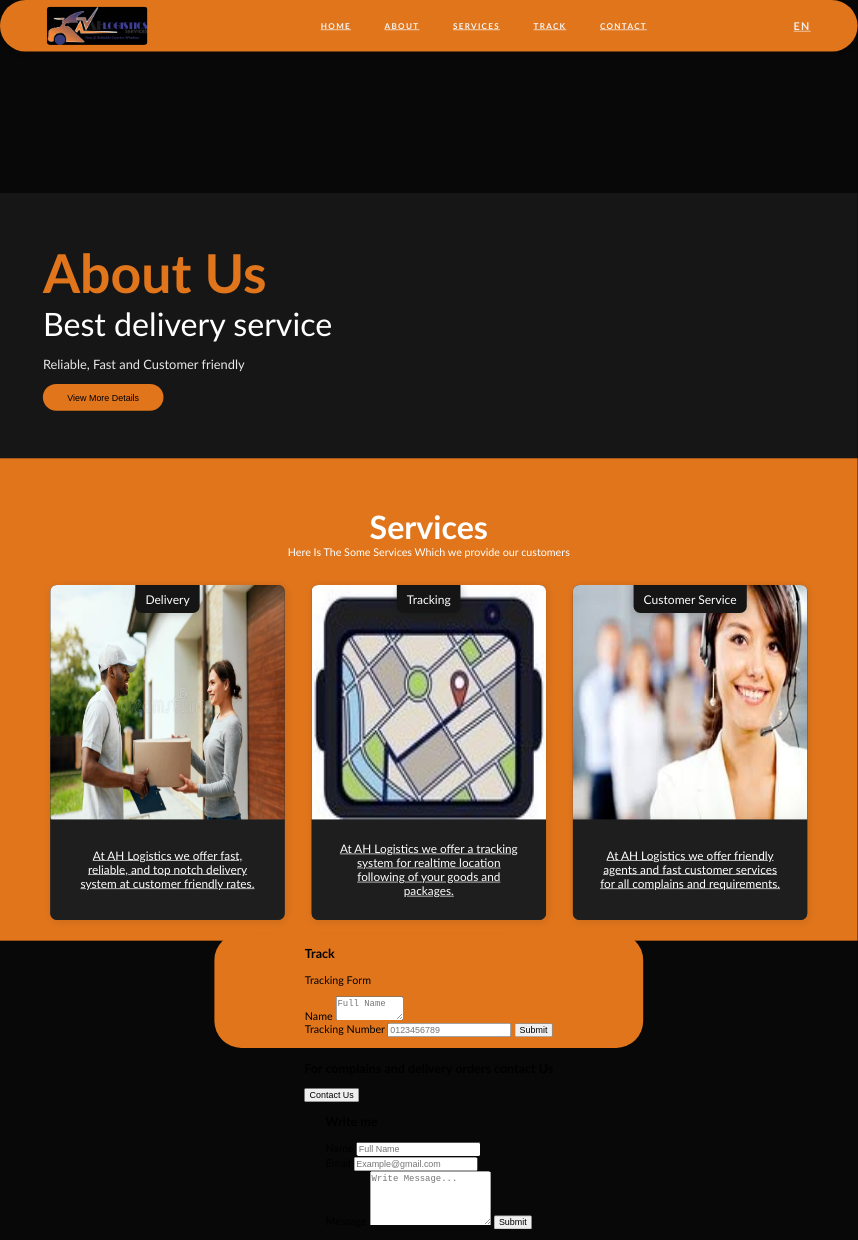
Repository: TheSecretlifeOfX/Ah-Logistics
Page: index.html
The author's editor kept a copy of each file at every save. The page is drawn from the files as they stood at one save, then again after the next save.
The browser window is 1280 px wide. The pictures show the whole page, at 67% of full size.

Above is the page before, as saved 2022-03-02 14:53:13.

### index.html
<html>
<head>
<meta charset="utf-8">
<meta http-equiv="X-UA-Compatible" content="IE-edge">
<meta name="viewport" content="width=device-width, intial-scale=1.0">
<title>Logistics Website</title>
<link rel="stylesheet" href="./css/home.css">
</head>
<body>
<section id="main">
	<nav>
	<a href="#" class="logo"><img src="images/logo.jpg"></a>
	<div class="toggle"></div>
	<ul class="menu">
	<li class="active"><a href="#main" >Home</a></li>
	<li><a href="#about">About</a></li>
	<li><a href="#services">Services</a></li>
	<li><a href="#Tracking-Form">Track</a></li>
    <li><a href="#contact-form">Contact</a></li>
	</ul>
	<a href="#" class="lang">En</a>
	</nav>
    </section>
</div>
<section id="about">
	<div class="about-text">
	<h1>About Us</h1>
	<h2>Best delivery service</h2>
	<p>Reliable, Fast and Customer friendly</p>
	<button>View More Details</button>
	</div>
</section>
<section id="services">
<div class="s-heading">
<h1>Services</h1>
<p>Here Is The Some Services Which we provide our customers</p>
</div>
<div class="b-container">
<div class="s-box">
<div class="s-b-img">
    <div class="s-type">Delivery</div>
    <img src="images/delivery.jpg">
</div>
<div class="s-b-text">
<a href="#">At AH Logistics we offer fast, reliable, and top notch delivery system at customer friendly rates.</a>
</div>
</div>
<div class="s-box">
<div class="s-b-img">
    <div class="s-type">Tracking</div>
    <img src="images/track.jpg">
</div>
<div class="s-b-text">
<a href="#">At AH Logistics we offer a tracking system for realtime location following of your goods and packages.</a>
</div>
</div>
<div class="s-box">
<div class="s-b-img">
    <div class="s-type">Customer Service</div>
    <img src="images/customer.jpg">
</div>
<div class="s-b-text">
<a href="#">At AH Logistics we offer friendly agents and fast customer services for all complains and requirements.</a>
</div>
</div>
</div>
</div>
<section id=Tracking-Form>
<form>
<div class="Track-left">
<h1 class=T-1-Heading>Track</h1>
<p class=T-2-Body>Tracking Form</p></div>
<div class="Track-right">
	<div class="C-Name">
	<font >Name</font>
	<textarea name="message" rows="2" cols="10" placeholder="Full Name"></textarea>
	<div class="f-Num">
		<font >Tracking Number</font>
		<input type="Number" placeholder="0123456789"/>
	<button>Submit</button>
</section>
</form>
<section id="contact-btn">
	<h1 class="c-b-heading">For complains and delivery orders contact Us</h1>
		<button >Contact Us</button>
	</section>
<!--contact-form------------------->
<section id="contact-form">
<form>
<!--left--------------------------------------->
<div class="contact-left">
<h1 class="c-l-heading">Write me</h1>
<div class="f-name">
<font >Name</font>
<input type="text" placeholder="Full Name"/>
</div>
<div class="f-email">
<font >Email</font>
<input type="email" placeholder="Example@gmail.com"/>
</div>
</div>
<div class="contact-right">

<div class="message">
<font >Message</font>
<textarea name="message" rows="5" cols="20" placeholder="Write Message..."></textarea>
<button>Submit</button>
</div>
</form>
</section>
</section>
</body>
</html>

### css/home.css
body{
	margin:0px;
	padding:0px;
	background-color: #080808;
	background-size: 100%;
	min-height: 100vh;
	}
	#main{
		width:100%;
		height: 40vh;
		}
		nav{
			display:flex;
			justify-content: space-between;
			align-items: center;
			text-transform: uppercase;
			font-weight: 600;
			letter-spacing: 2px;
			font-family: calibri;
			top: 0;
			left: 10px;
			width:100%;
			box-sizing: border-box;
			padding: 5px 70px;
			background-color:#e0751c;
			box-shadow:2px 2px 12px rgba(0,0,0,0.05);
			z-index: 1;
			border-radius: 50px;
			}
			.menu{
			display: flex;

			}
			.menu li a{
			padding: 10px 25px;
			color:#f8f8fa;
			font-size: 12px;
			display:inline-block;
			}
			li{display:inline-block}
			.lang{
			color:#f3ecec;
			}
			.logo > img {
				width: 100%;
				height: 100%;
				max-width: 150px;
				display: flex;
				justify-content: center;
				align-items: center;
				text-align: center;
				margin-left: 0px;
				border-radius: 5px;
				 }
			.toggle{
			display: none;
			}
			.menu li a:hover{
			background-color:#292929;
			color:#FFF!important;
			font-weight: bold;
			transition: all ease 0.4s;
			}
			.lang:hover{
				background-color:#292929;
			color:#FFF!important;
			font-weight: bold;
			transition: all ease 0.4s;
			}
			#about{
				width:100%;
				height: 55vh;
				background-color:#161616;
				box-sizing: border-box;
				display: flex;
				align-items: center;
				justify-content: space-between;
				padding: 0px 5% 0px 5%;
			}
			.about-text{
				font-family: calibri;
				width: 50%;
			}
			.about-text h1{
				font-size: 5rem;
				color:#e0751c;
			}
			.about-text h2{
				font-size: 3rem;
				color:#FFFFFF;
				font-weight: 400;
			}
			.about-text h1,h2{
				margin: 0px;
				padding: 0px;
			}
			.about-text p{
				font-size: 1.2rem;
				color:rgba(255,255,255,0.90);

			}
			.about-text button{
				width: 180px;
				height: 40px;
				border-radius: 20px;
				border: none;
				outline: none;
				background-color:#e0751c;
			}
			.about-text button:hover{
				background-color: #FFFFFF;
				transition: all ease 0.3s;
			}
			#services{
				width:100%;
			height:100vh;
			box-sizing: border-box;
			font-family: calibri;
			display: flex;
			flex-direction: column;
			align-items: center;
			justify-content: center;
			padding-top: 500px ;
			background-color:#e0751c;
		}

		.s-heading h1{
			color:#FFFFFF;
			font-size: 3rem;
			margin: 0px;
			padding: 0px;

		}
		.s-heading p{
			color:rgb(255, 255, 255);
			font-size: 1rem;
			margin: 0px;
			padding: 0px;
		}
		.s-heading{
			text-align: center;
			margin: 20px 0px;
		}
		.s-box{
			background-color: #2B2B2B;
			width:350px;
			height: 500px;
			margin: 20px;
			border-radius: 10px;
			overflow: hidden;
			box-shadow: 2px 2px 12px rgba(0,0,0,0.1);
			position: relative;
		}
		.b-container{
			display: flex;
			justify-content: center;
			align-content: center;


		}
		.s-b-img{
			width: 100%;
			height: 70%;

		}
		.s-b-img img{
			width:100%;
			height: 100%;

		}
		.s-b-text{
			width: 100%;
			height: 30%;
			background-color:#1E1E1E;
			display:flex;
			justify-content: center;
			align-items: center;
			text-align: center;
		}
		.s-b-text a{
			margin: 0px;
			color:#FFFFFF;
			font-size: 1.1rem;
			font-family: calibri;
			display: block;
			display: -webkit-box;
			max-width: 80%;
			-webkit-line-clamp: 4;
			-webkit-box-orient: vertical;
			overflow: hidden;
			text-overflow: ellipsis;
		}
		.s-b-text a:hover{
			color:rgba(255,255,255,0.50)
		}
		.s-type{
			font-family: calibri;
			color:#FFFFFF;
			background-color: #151515;
			padding: 10px 15px;
			position: absolute;
			top: 0px;
			left: 50%;
			transform: translateX(-50%);
			font-size: 18px;
			border-radius: 0px 0px 10px 10px;
			box-shadow: 2px 2px 12px rgba(0,0,0,0.2);
		}
		.s-box:hover{
			transform:translateY(-10px);
			transition: all ease 0.3s;

		}
		#Tracking-Form{
			width: 50%;
			height: 100vh;
			display: flex;
			justify-content: center;
			align-items: center;
			background-color:#e0751c;
			border-radius: 40px;
		}

After the next save:
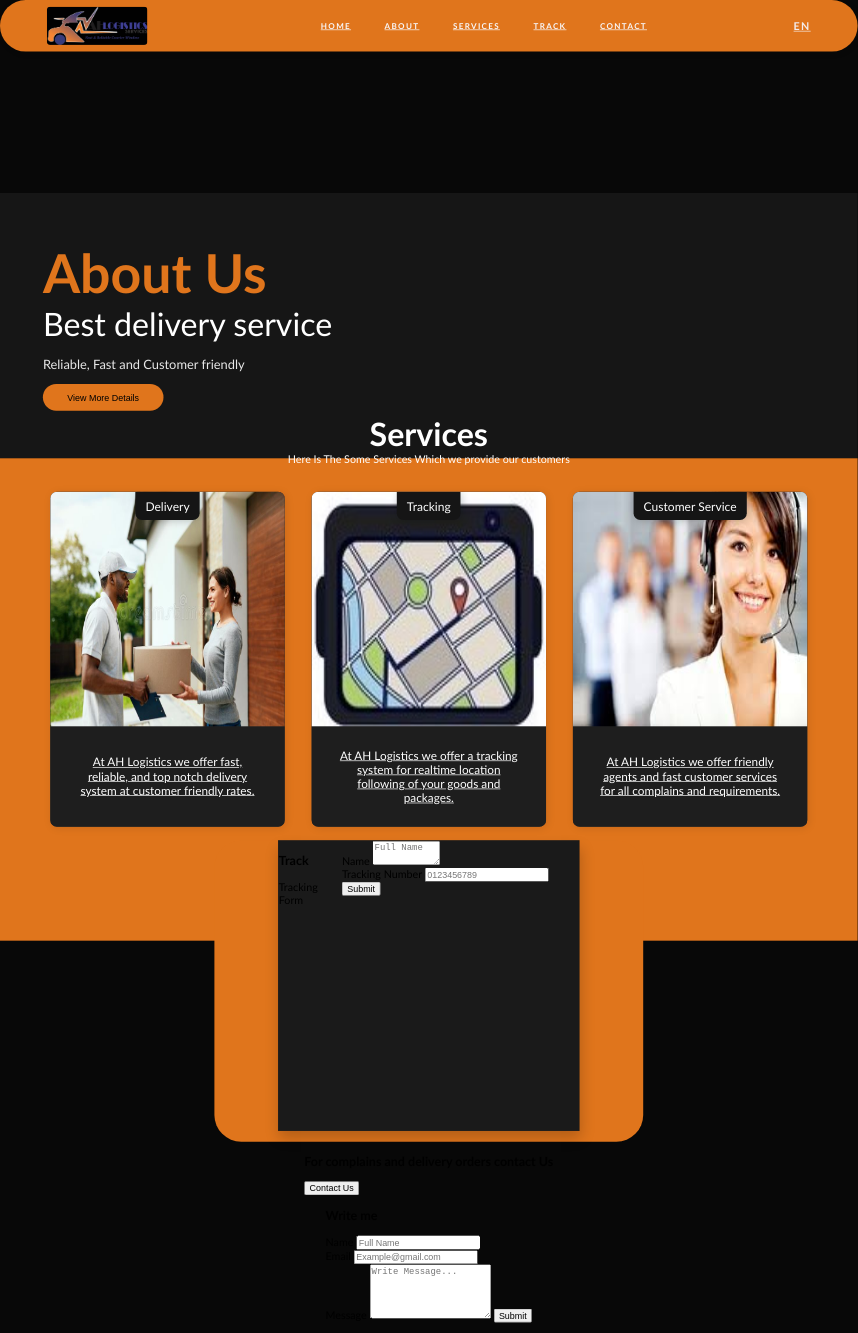
Saved 2 min 51 s later.
--- a/css/home.css
+++ b/css/home.css
@@ -220,3 +220,11 @@ body{
 			background-color:#e0751c;
 			border-radius: 40px;
 		}
+		#Tracking-Form form{
+			display: flex;
+			width: 70%;
+			height: 60vh;
+			background-color: #1A1A1A;
+			box-shadow: 2px 12px 20px rgba(0,0,0,0.2);
+			border: 1px solid rgba(255,255,255,0.01)
+		}
